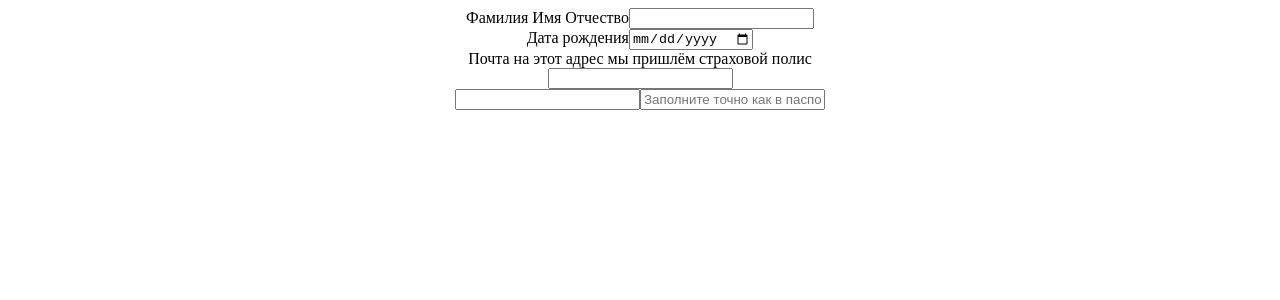
Repository: asya-aisa/test-work
Page: /
These files come from the project's save history. The page is drawn as it stood at one moment and after a run of saves; the edit follows.
The browser window is 1280 px wide. The pictures show the whole page.
The project was rebuilt for these pictures with package versions that can differ from the ones it lists, and the page was loaded fresh each time.

Above is the page before, as saved 2023-07-20 00:28:47.

After the next 3 saves:
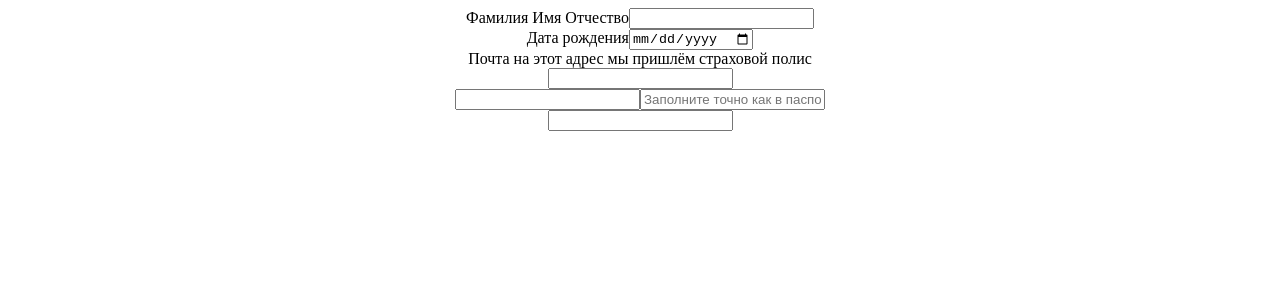
The 3 saves are shown as one change because they came seconds apart.
The last was saved 9 s later.
--- a/src/InfoPartOne.js
+++ b/src/InfoPartOne.js
@@ -63,7 +63,9 @@ export class InfoPartOne extends Component {
                  />
                  <input type="text" placeholder="Заполните точно как в паспорте"/>
                 </div>
-                <div></div>
+                <div>
+                    <input />
+                </div>
 
             </div>
         )
